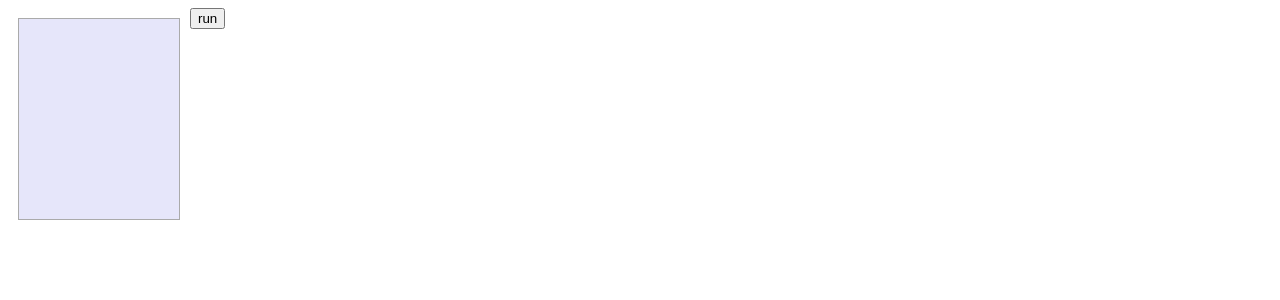
Repository: silenttemplar/java_start_project
Page: hansung_ee_2014/hansung_jquery_exercise/WebContent/11. Empty elements.html
The author's editor kept a copy of each file at every save. The page is drawn from the files as they stood at one save, then again after the next save.
The browser window is 1280 px wide. The pictures show the whole page.
After loading, the first visible `input` was clicked once.

Above is the page before, as saved 2014-08-27 07:32:51.

### hansung_ee_2014/hansung_jquery_exercise/WebContent/11. Empty elements.html
<html>
<head>
<title>Empty elements</title>
<script src="./jquery-2.1.0.min.js"></script>
<script type="text/javascript">
	/**
	 * 대상 : div
	 * 기능 : child 요소 전체 제거
	 * 함수 : empty() or children(), remove(), text()
	 */
	function run() {
			$("#target").empty();

	}
</script>

</head>

<body>
	<div id="target"
		style="color: rgb(68, 68, 68); width: 150px; height: 190px; float: left; border: 1px solid rgb(170, 170, 170); background-color: rgb(230, 230, 250); margin: 10px; padding: 5px; background-position: initial initial; background-repeat: initial initial;">
		#target<br>
		<br>
		<div class="child"
			style="background-color: rgb(192, 192, 192); border: 1px solid rgb(136, 136, 136); width: 60px; margin: 2px; background-position: initial initial; background-repeat: initial initial;">.child</div>
		<div class="child"
			style="background-color: rgb(192, 192, 192); border: 1px solid rgb(136, 136, 136); width: 60px; margin: 2px; background-position: initial initial; background-repeat: initial initial;">.child</div>
		<div class="child"
			style="background-color: rgb(192, 192, 192); border: 1px solid rgb(136, 136, 136); width: 60px; margin: 2px; background-position: initial initial; background-repeat: initial initial;">.child</div>
		<div class="child"
			style="background-color: rgb(192, 192, 192); border: 1px solid rgb(136, 136, 136); width: 60px; margin: 2px; background-position: initial initial; background-repeat: initial initial;">.child</div>
		<div class="child"
			style="background-color: rgb(192, 192, 192); border: 1px solid rgb(136, 136, 136); width: 60px; margin: 2px; background-position: initial initial; background-repeat: initial initial;">.child</div>
		<br>message1<br>message2
	</div>
	<input type="button" value="run" onclick="run()" />
</body>
</html>

Loaded but not shown: hansung_ee_2014/hansung_jquery_exercise/WebContent/jquery-2.1.0.min.js (library)

After the next save:
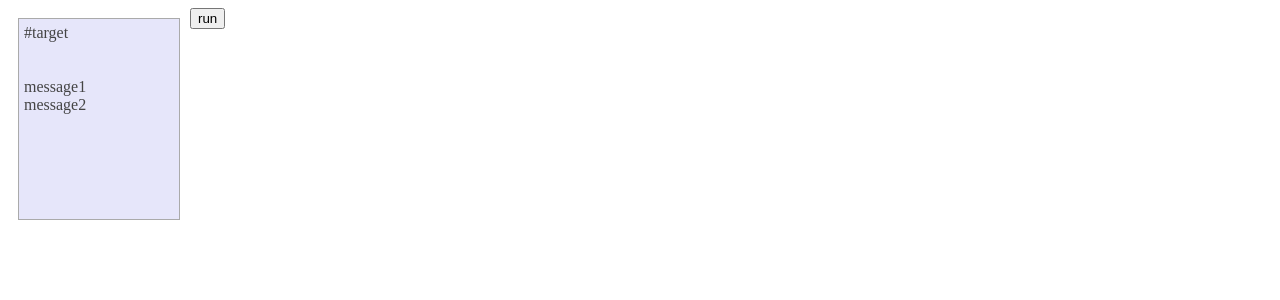
Saved 43 s later.
--- a/hansung_ee_2014/hansung_jquery_exercise/WebContent/11. Empty elements.html
+++ b/hansung_ee_2014/hansung_jquery_exercise/WebContent/11. Empty elements.html
@@ -9,7 +9,7 @@
 	 * 함수 : empty() or children(), remove(), text()
 	 */
 	function run() {
-			$("#target").empty();
+			$("#target > .child").remove();
 
 	}
 </script>
